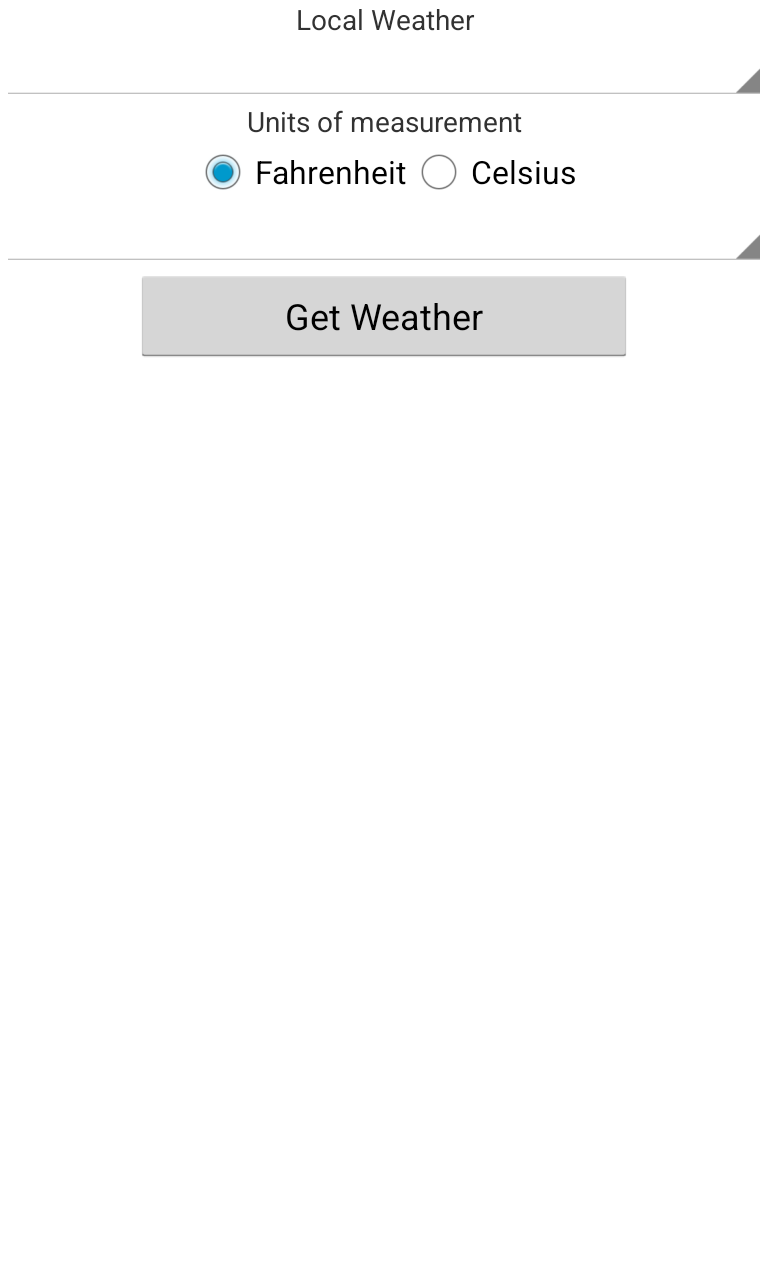
Repository: efreestone/Java1
Layout: Java1Project4/res/layout/activity_main.xml
An editor plug-in stored every save of this project. The layout is shown before and after the next save, followed by the edit.
It is drawn on a 768 x 1280 px phone screen (xhdpi) without system bars, with theme AppTheme; the app's code is not run.

Above is the layout before, as saved 2014-03-25 22:02:04.

### Java1Project4/res/layout/activity_main.xml
<?xml version="1.0" encoding="utf-8"?>
<LinearLayout xmlns:android="http://schemas.android.com/apk/res/android"
    android:layout_width="match_parent"
    android:layout_height="match_parent"
    android:orientation="vertical" >

    <!-- Top Linear Layout with controls -->
    <!-- <LinearLayout
        android:layout_width="match_parent"
        android:layout_height="wrap_content"
        android:orientation="horizontal"> -->

        <!-- Title -->
        <TextView
            android:id="@+id/titleView"
            android:layout_width="match_parent"
            android:layout_height="wrap_content"
            android:gravity="center"
            android:text="@string/titleString"/>

        <!-- City Spinner -->
        <Spinner
            android:id="@+id/citySpinner"
            android:layout_width="match_parent"
            android:layout_height="wrap_content"/>

        <!-- Measurement Title -->
        <TextView
            android:id="@+id/measureTitleView"
            android:layout_width="match_parent"
            android:layout_height="wrap_content"
            android:gravity="center"
            android:text="@string/measureTitleString"/>

        <!-- Measurement Radio Buttons -->
        <RadioGroup
            android:id="@+id/tempUnitRadioGroup"
            android:layout_width="wrap_content"
            android:layout_height="wrap_content"
            android:layout_gravity="center"
            android:orientation="horizontal" >

            <RadioButton
                android:id="@+id/fahrenheitRadio"
                android:layout_width="match_parent"
                android:layout_height="wrap_content"
                android:text="@string/fahrenheitString"
                android:checked="true"/>

            <RadioButton
                android:id="@+id/celsiusRadio"
                android:layout_width="match_parent"
                android:layout_height="wrap_content"
                android:text="@string/celsiusString"/>
        </RadioGroup>

        <!-- Current Spinner -->
        <Spinner
            android:id="@+id/currentSpinner"
            android:layout_width="match_parent"
            android:layout_height="wrap_content"/>

        <!-- Get Weather Button -->
        <Button
            android:id="@+id/weatherButton"
            android:layout_width="wrap_content"
            android:layout_height="wrap_content"
            android:layout_gravity="center"
            android:width="250dp"
            android:text="@string/weatherButtonString"/>

    <!-- </LinearLayout> -->

</LinearLayout>

### Java1Project4/res/values/strings.xml
<?xml version="1.0" encoding="utf-8"?>
<resources>

    <string name="app_name">Java1Project4</string>
    <string name="action_settings">Settings</string>
    <string name="hello_world">Hello world!</string>

    <!-- Title and button strings -->
    <string name="titleString">Local Weather</string>
    <string name="measureTitleString">Units of measurement</string>
    <string name="weatherButtonString">Get Weather</string>
    <string name="displayTempString">Please select a city and measurement unit</string>

    <!-- Connection Alert strings -->
    <string name="noConnectionTitle">Connection Error</string>
    <string name="noConnectionAlert">This application requires internet access. Please check your network connection and try again.</string>

    <!-- Main URL strings -->
    <string name="mainURLString">http://api.wunderground.com/api/8204b5c9bf753afb/</string>
    <string name="conditionsURLString">conditions/q/</string>
    <string name="forecastURLString">forecast/q/</string>
    <!-- City URL strings -->
    <string name="lovelandString">CO/Loveland.json</string>
    <string name="losAngelesString">CA/Los_Angeles.json</string>
    <string name="newYorkString">NY/New_York.json</string>
    <string name="chicagoString">IL/Chicago.json</string>
    <string name="orlandoString">FL/Orlando.json</string>

    <!-- Radio Button Text -->
    <string name="fahrenheitString">Fahrenheit</string>
    <string name="celsiusString">Celsius</string>

    <!-- Cities array for first spinner -->
    <string-array name="cities_array">
        <item >Loveland</item>
        <item >Los Angeles</item>
        <item >New York</item>
        <item >Chicago</item>
        <item >Orlando</item>
    </string-array>

    <!-- Array for second spinner -->
    <string-array name="current_forecast">
        <item >Current Weather</item>
        <item >3-day Forecast</item>
    </string-array>

</resources>

Loaded but not shown: Java1Project4/res/values/styles.xml (common file); Java1Project4/res/values-v11/styles.xml (common file); Java1Project4/res/values-v14/styles.xml (common file)

After the next save:
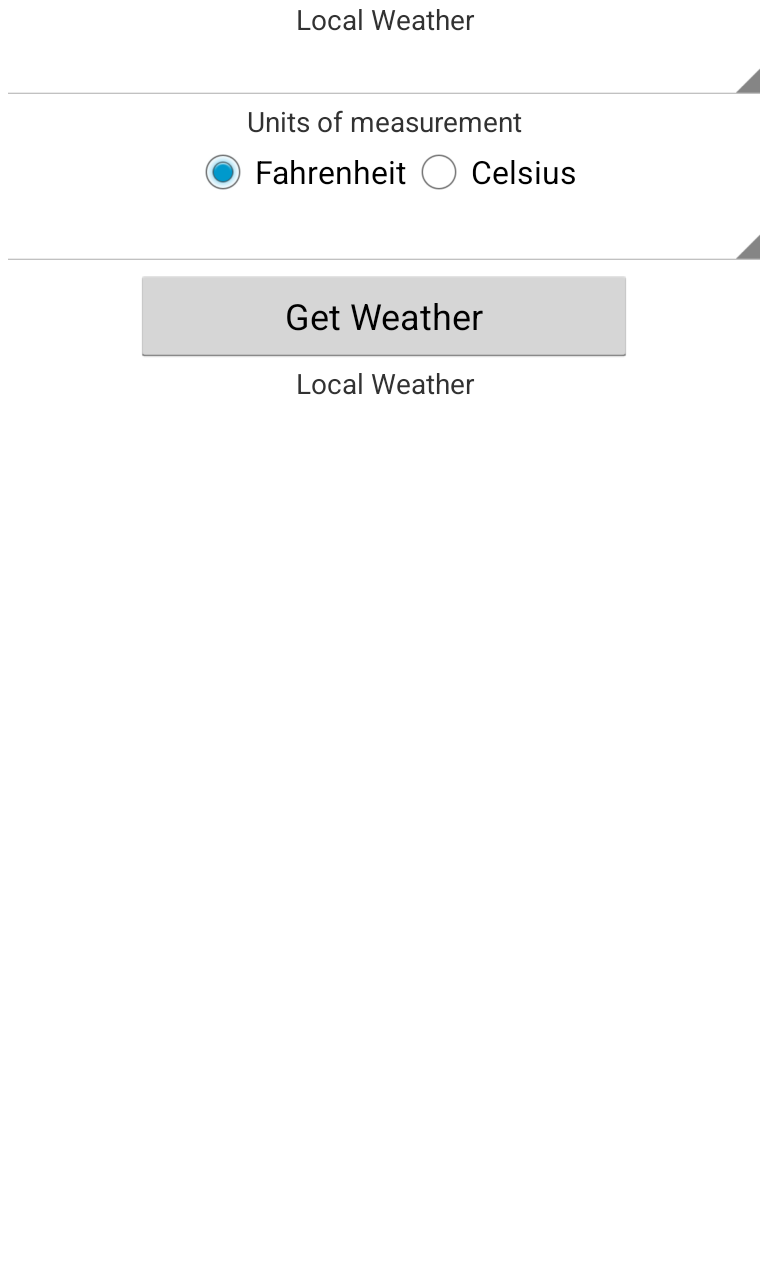
Saved 76 s later.
--- a/Java1Project4/res/layout/activity_main.xml
+++ b/Java1Project4/res/layout/activity_main.xml
@@ -69,6 +69,14 @@
             android:width="250dp"
             android:text="@string/weatherButtonString"/>
 
+        <!-- Display Temp -->
+        <TextView
+            android:id="@+id/displayTempView"
+            android:layout_width="match_parent"
+            android:layout_height="wrap_content"
+            android:gravity="center"
+            android:text="@string/titleString"/>
+
     <!-- </LinearLayout> -->
 
 </LinearLayout>
